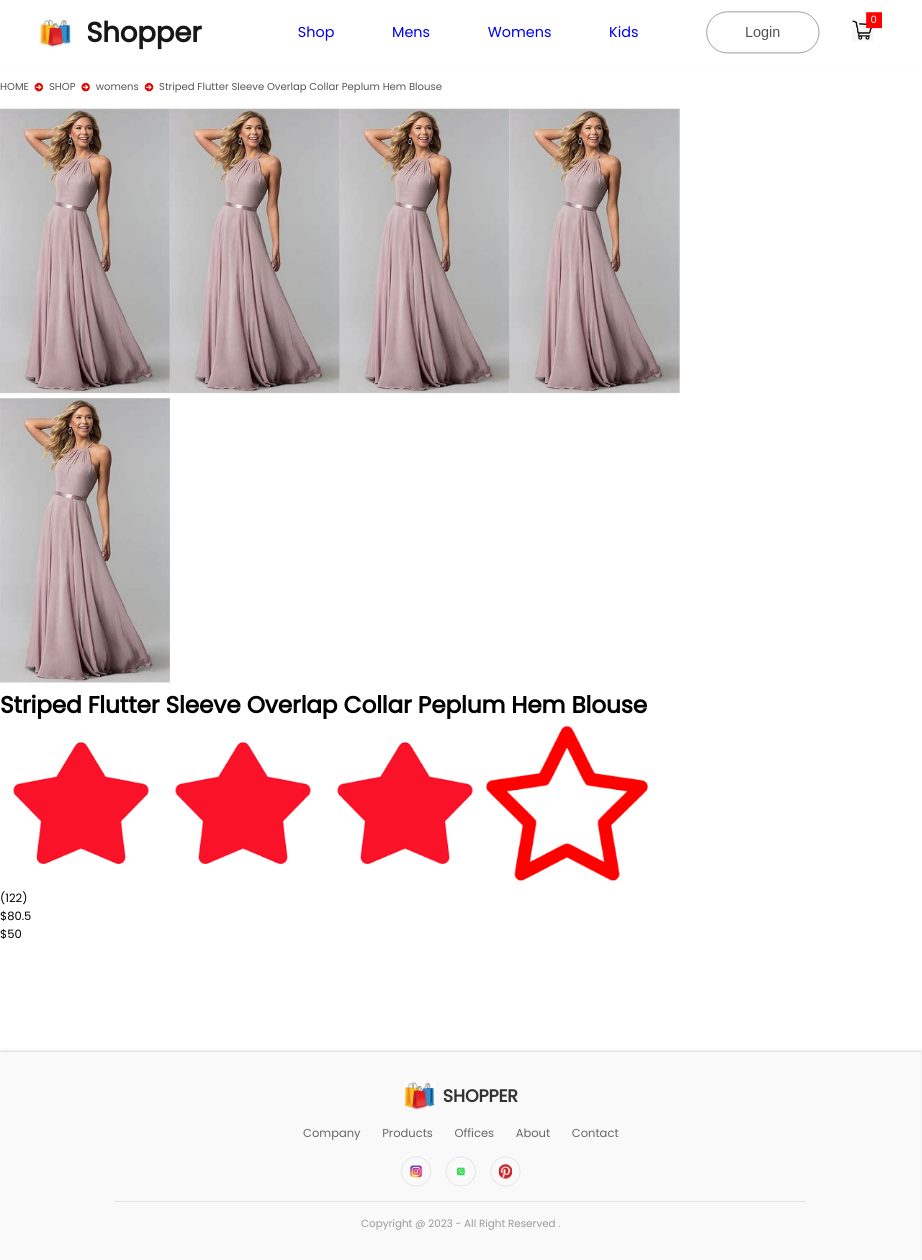
Repository: sshaiv/Shoppie_EcommerceAPP
Page: /product/1
The author's editor kept a copy of each file at every save. The page is drawn from the files as they stood at one save, then again after the next save.
The browser window is 1280 px wide. The pictures show the whole page, at 72% of full size.
The project was rebuilt for these pictures with package versions that can differ from the ones it lists, and the page was loaded fresh each time. Also part of the build but not shown: src/App.css, src/Components/Pages/CSS/ShopCategory.css, src/Components/Item/Item.css, src/Components/Item/Item.jsx, src/Components/Pages/ShopCategory.jsx, src/Components/ProductDisplay/ProductDisplay.css, src/Components/Pages/Cart.jsx, src/Components/Pages/CSS/LoginSignup.css and 14 more.

Above is the page before, as saved 2024-07-16 21:51:25.

After the next save:
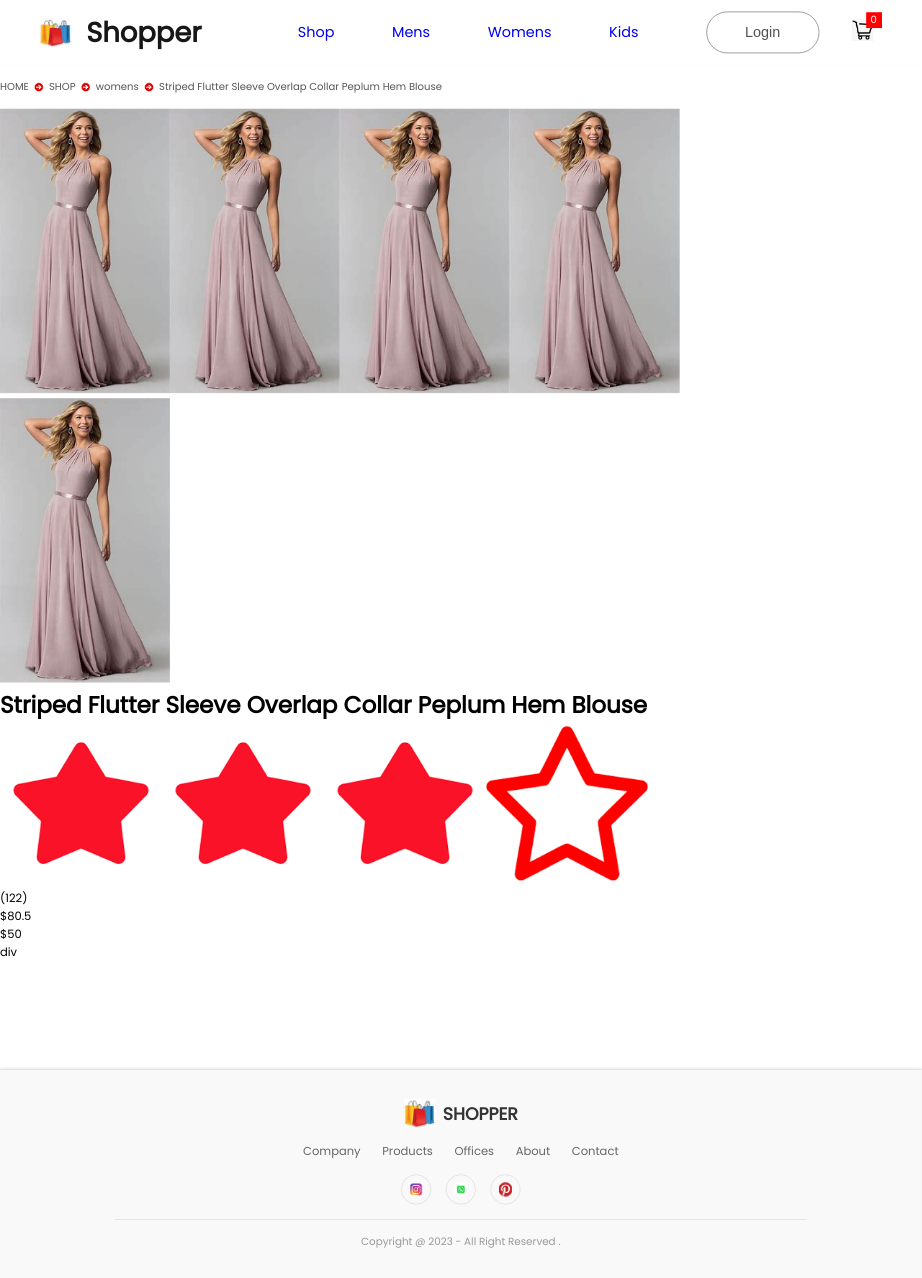
Saved 27 s later.
--- a/src/Components/ProductDisplay/ProductDisplay.jsx
+++ b/src/Components/ProductDisplay/ProductDisplay.jsx
@@ -36,7 +36,7 @@ const ProductDisplay = (props) => {
             </div>
 
         </div>
-
+        div
       </div>
     </div>
   );
